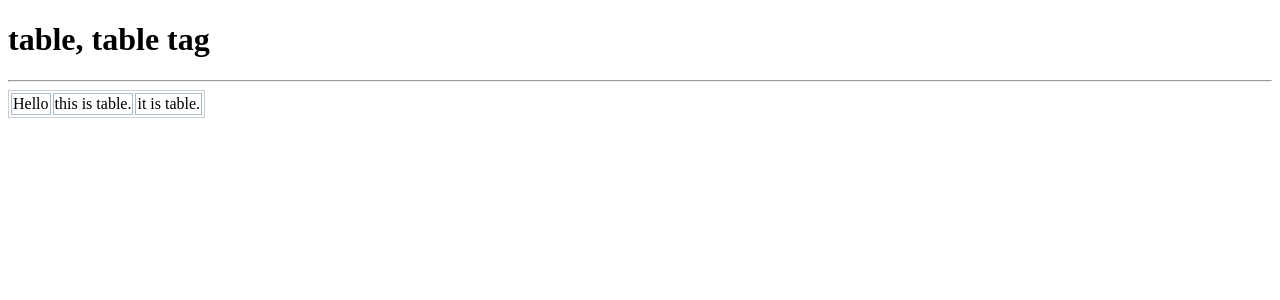
Repository: jihoonys82/weblec
Page: Front/WebContent/Ex01_HTML_tag/tagEx_05.html
The author's editor kept a copy of each file at every save. The page is drawn from the files as they stood at one save, then again after the next save.
The browser window is 1280 px wide. The pictures show the whole page.

Above is the page before, as saved 2018-07-23 11:12:55.

After the next save:
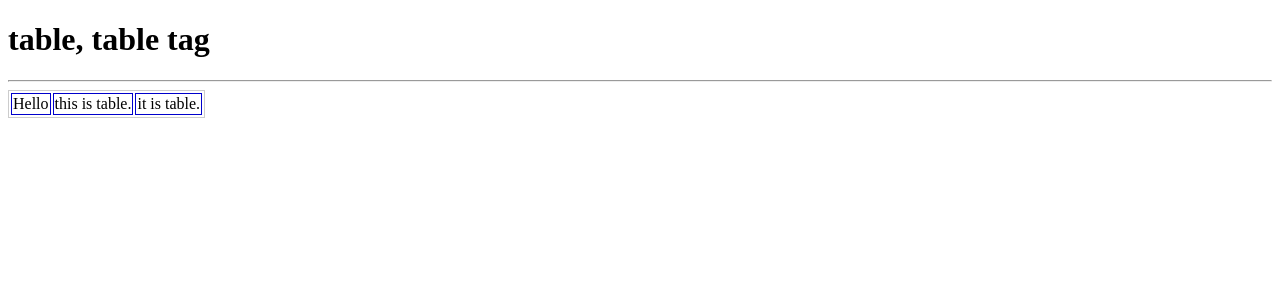
Saved 4 s later.
--- a/Front/WebContent/Ex01_HTML_tag/tagEx_05.html
+++ b/Front/WebContent/Ex01_HTML_tag/tagEx_05.html
@@ -10,7 +10,7 @@ table { /* Table outside square */
 }
 
 td { /* each table data cell */
-	border: 1px solid #ABC;
+	border: 1px solid #00C;
  }
 
 </style>
